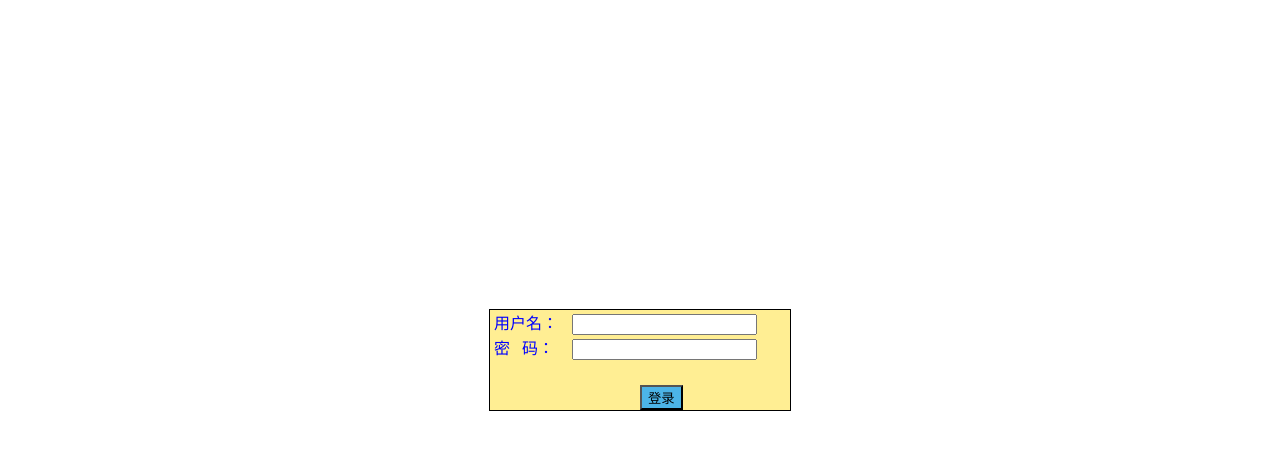
Repository: guirui-li/StudyJavaWeb
Page: http://localhost/JavawebTest/LoginServlet
These files come from the project's save history. The page is drawn as it stood at one moment and after the next save; the edit follows.
The browser window is 1280 px wide. The pictures show the whole page.
The page is served by Tomcat 9. Other server files are loaded and not shown.

Above is the page before, as saved 2019-05-03 07:37:04.

### JavawebTest/WebContent/experiment07/login.jsp
<%@ page language="java" contentType="text/html; charset=UTF-8"
    pageEncoding="UTF-8"%>
<!DOCTYPE html>
<html>
<head>
<meta http-equiv="Content-Type" content="text/html; charset=UTF-8">
<title>登录页面</title>
	<style type="text/css">
		body{
			margin: 0;
			padding: 0;
		}
		label{
			display:inline-block;
			width: 78px;
			color:blue;
		}
		#form1{
			border: 1px solid black;
			width:300px;
			height:100px;
			background-color: #ffee93;
			position:absolute;
			top:50%;
			left:50%;
			transform:translate(-50%,-50%);
		}
		#submit{
			position:absolute;
			bottom:0px;
			left:150px;
			background-color: #4cb4e7;
		}
		#div1{
			color:red;
		}
	</style>
</head>
<body>
	<form action="/JavawebTest/LoginServlet" id="form1" name="form1" method="post">
		<label>&nbsp;用户名：</label>
			<input type="text" name="name" value="${requestScope.name }"/><br>
			<div id="div1">
				${requestScope.page1 }
			</div>

		<label>&nbsp;密&nbsp;&nbsp;&nbsp;码：</label>
			<input type="text" name="psw" value="${requestScope.psw }" id="psw"/><br>
			<div id="div1">
				${requestScope.page2 }
			</div>
		<input type="submit" name="Submit" value="登录" id="submit"/>
	</form>
</body>
</html>

### JavawebTest/src/com/guirui/demo03/LoginServlet.java
package com.guirui.demo03;

import java.io.IOException;
import javax.servlet.ServletException;
import javax.servlet.annotation.WebServlet;
import javax.servlet.http.HttpServlet;
import javax.servlet.http.HttpServletRequest;
import javax.servlet.http.HttpServletResponse;

/**
 * Servlet implementation class LoginServlet
 */
@WebServlet("/LoginServlet")
public class LoginServlet extends HttpServlet {
	private static final long serialVersionUID = 1L;

    /**
     * @see HttpServlet#HttpServlet()
     */
    public LoginServlet() {
        super();
        // TODO Auto-generated constructor stub
    }

	/**
	 * @see HttpServlet#doGet(HttpServletRequest request, HttpServletResponse response)
	 */
	protected void doGet(HttpServletRequest request, HttpServletResponse response) throws ServletException, IOException {
		response.setContentType("text/html;charset=UTF-8");
		String pageURL="/experiment07/login.jsp";
		String name=null;
		Customer customer=new Customer();
		try {
			//寧땍狼邱뚤닒啞응포돤돕돨鑒앴쏵契긍쯤딧憐
			name=new String(request.getParameter("name").getBytes("ISO-8859-1"),"UTF-8");
			String password=new String(request.getParameter("psw").getBytes("ISO-8859-1"),"UTF-8");
			if(name==null||password==null) {
				return;
			}
			if(name.equals("")||password.equals("")) {
				return;
			}
			if(!customer.findName(name)) {
				request.setAttribute("page1", "헝渴흙攣횅돨痰빵츰");
			}else {
				if(customer.findPsw(name).equals(password)) {
					pageURL="/experiment07/loginSuccess.jsp";
					customer=customer.findCustomer(name);
					request.setAttribute("sex", customer.getSex());
					request.setAttribute("age",customer.getAge());
				}else {
					request.setAttribute("page2", "헝渴흙攣횅돨쵱쯤");
				}
			}
		} catch (Exception e) {}
		finally {
			request.setAttribute("name", name);
			request.getRequestDispatcher(pageURL).forward(request, response);
		}


	}

	/**
	 * @see HttpServlet#doPost(HttpServletRequest request, HttpServletResponse response)
	 */
	protected void doPost(HttpServletRequest request, HttpServletResponse response) throws ServletException, IOException {
		// TODO Auto-generated method stub
		doGet(request, response);
	}

}

### JavawebTest/src/com/guirui/demo03/Customer.java
package com.guirui.demo03;

import java.sql.Connection;
import java.sql.DriverManager;
import java.sql.PreparedStatement;
import java.sql.ResultSet;
import java.sql.SQLException;

public class Customer {
	private static final String forname="com.mysql.cj.jdbc.Driver";
	private static final String url="jdbc:mysql://localhost:3306/customer?serverTimezone=UTC";
	private static final String username="root";
	private static final String password="654321";
	private String id;
	private String name;
	private String psw;
	private String sex;
	private int age;

	public Customer() {}

	public Connection getConnection(){
		Connection con = null;
		try {
			Class.forName(forname);
			con=DriverManager.getConnection(url,username,password);
		} catch (ClassNotFoundException e) {
			e.printStackTrace();
		}catch(SQLException e) {
			e.printStackTrace();
		}
		return con;
	}
	public String findPsw(String name){
		String sql="select upassword from user where uname=?";
		String pword=null;
		Connection conn=this.getConnection();
		PreparedStatement ps=null;
		ResultSet rs=null;
		try {
			ps=conn.prepareStatement(sql);
			ps.setString(1, name);
			rs=ps.executeQuery();
			if(rs.next()) {
				pword=rs.getString("upassword");
			}
			rs.close();
			ps.close();
			conn.close();
		} catch (SQLException e) {
			e.printStackTrace();
		}
		return pword;
	}

	public boolean findName(String name){
		String sql="select uname from user where uname=?";
		boolean flag=false;
		Connection conn=this.getConnection();
		PreparedStatement ps=null;
		ResultSet rs=null;
		try {
			ps=conn.prepareStatement(sql);
			ps.setString(1, name);
			rs=ps.executeQuery();
			if(rs.next()) {
				flag=true;
			}
			rs.close();
			ps.close();
			conn.close();
		} catch (SQLException e) {
			e.printStackTrace();
		}
		return flag;
	}
	public Customer findCustomer(String name) {
		String sql="select usex,uage from user where uname=?";
		Connection conn=this.getConnection();
		PreparedStatement ps=null;
		ResultSet rs=null;
		try {
			ps=conn.prepareStatement(sql);
			ps.setString(1, name);
			rs=ps.executeQuery();
			if(rs.next()) {
				this.sex=rs.getString("usex");
				this.age=rs.getInt("uage");
			}
			rs.close();
			ps.close();
			conn.close();
		} catch (SQLException e) {
			e.printStackTrace();
		}
		return this;
	}


	public String getId() {
		return id;
	}
	public void setId(String id) {
		this.id = id;
	}
	public String getName() {
		return name;
	}
	public void setName(String name) {
		this.name = name;
	}
	public String getPsw() {
		return psw;
	}
	public void setPsw(String psw) {
		this.psw = psw;
	}
	public String getSex() {
		return sex;
	}
	public void setSex(String sex) {
		this.sex = sex;
	}
	public int getAge() {
		return age;
	}
	public void setAge(int age) {
		this.age = age;
	}

}

After the next save:
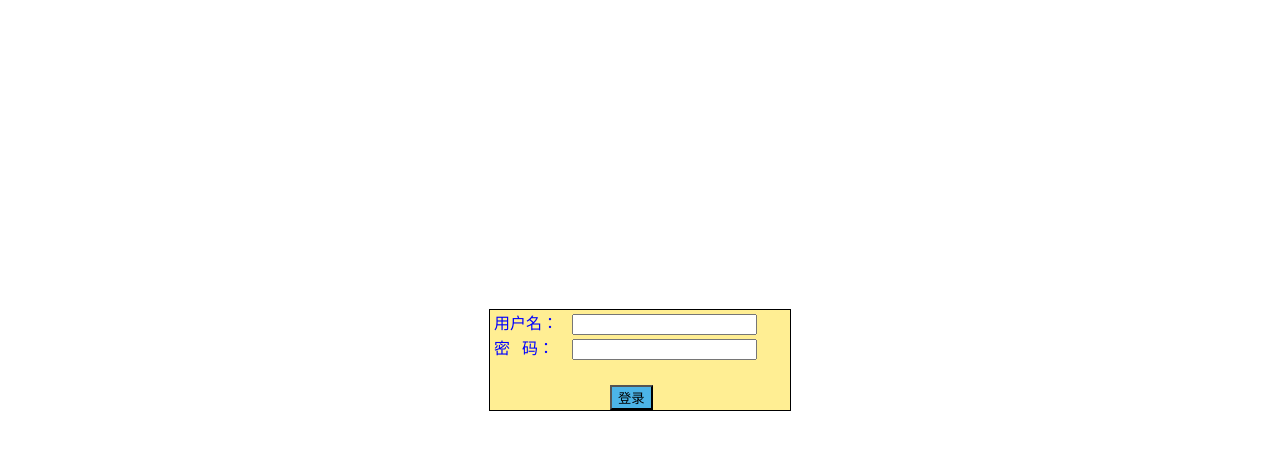
Saved 9 s later.
--- a/JavawebTest/WebContent/experiment07/login.jsp
+++ b/JavawebTest/WebContent/experiment07/login.jsp
@@ -28,7 +28,7 @@
 		#submit{
 			position:absolute;
 			bottom:0px;
-			left:150px;
+			left:120px;
 			background-color: #4cb4e7;
 		}
 		#div1{
